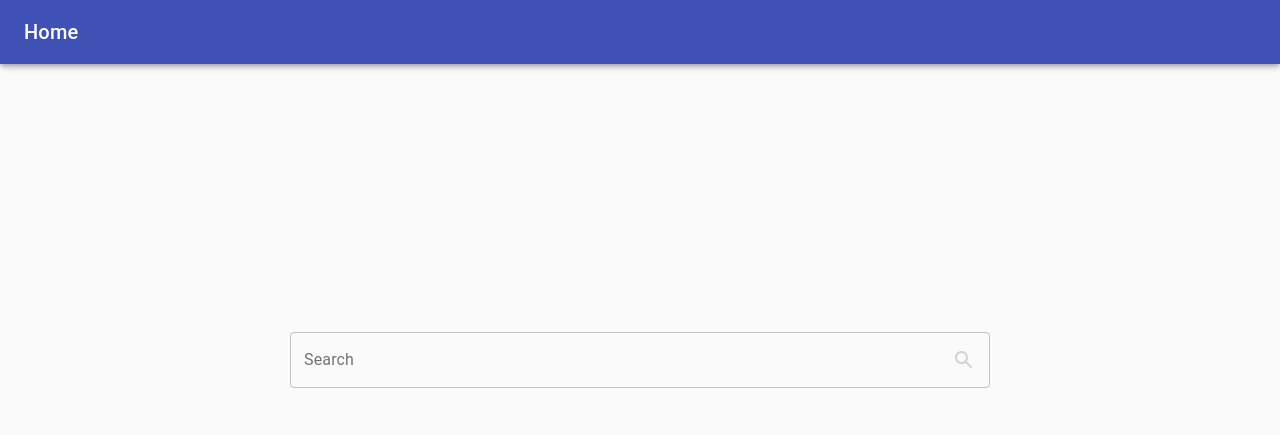
Repository: GabrielBrandaoProjetos/patient-manager
Page: /
An editor plug-in stored every save of this project. The page is shown before and after the next save, followed by the edit.
The browser window is 1280 px wide. The pictures show the whole page.
The project was rebuilt for these pictures with package versions that can differ from the ones it lists, and the page was loaded fresh each time.

Above is the page before, as saved 2021-09-14 12:28:44.

### public/index.html
<!DOCTYPE html>
<html lang="en">
  <head>
    <meta charset="utf-8" />
    <meta name="viewport" content="minimum-scale=1, width=device-width, initial-scale=1" />
    <meta name="theme-color" content="#000000" />

    <title>React App</title>
  </head>
  <body>
    <noscript>You need to enable JavaScript to run this app.</noscript>
    <div id="root"></div>
  </body>
</html>

### src/App.tsx
import React from 'react';
import { CssBaseline } from '@material-ui/core';
import { Home } from './pages/Home/Home';


function App() {
  return (
    <>
    <CssBaseline />
    <Home />
    </>
  );
}

export default App;

### src/pages/Home/Home.tsx
import React from 'react';
import { AppBar, FormControl, InputAdornment, InputLabel, OutlinedInput, Toolbar, Typography } from '@material-ui/core';
import {Search} from '@material-ui/icons'
import { createStyles, makeStyles, Theme } from '@material-ui/core/styles';

const useStyles = makeStyles((theme: Theme) =>
  createStyles({
    root: {
      width: '100vw',
      height: '100vh',
      display: 'flex',
      flexDirection: 'column',
      alignItems: 'center',
      justifyContent: 'center',
    },
    title: {
      flexGrow: 1,
    },
    form: {
      maxWidth: 700,
      width: "100%",
    },
    outlinedInput: {

    },
    search: {
      color: "#d2d2d2",
    }
  }),
);

export const Home = () => {
  const classes = useStyles();
  return(
    <div className={classes.root}>
      <AppBar>
        <Toolbar>
          <Typography variant="h6" className={classes.title}>
            Home
          </Typography>
        </Toolbar>
      </AppBar>

      <FormControl className={classes.form} variant="outlined">
        <InputLabel htmlFor="outlined-adornment-search">Search</InputLabel>
        <OutlinedInput
          classes={{root: classes.outlinedInput}}
          id="outlined-adornment-search"
          type="search"
          // value={values.password}
          // onChange={handleChange('password')}
          endAdornment={
            <InputAdornment position="end">
              <Search className={classes.search}/>
            </InputAdornment>
          }
          labelWidth={70}
        />
      </FormControl>
    </div>
  )
}

Loaded but not shown: src/index.tsx (common file); src/reportWebVitals.ts (common file)

After the next save:
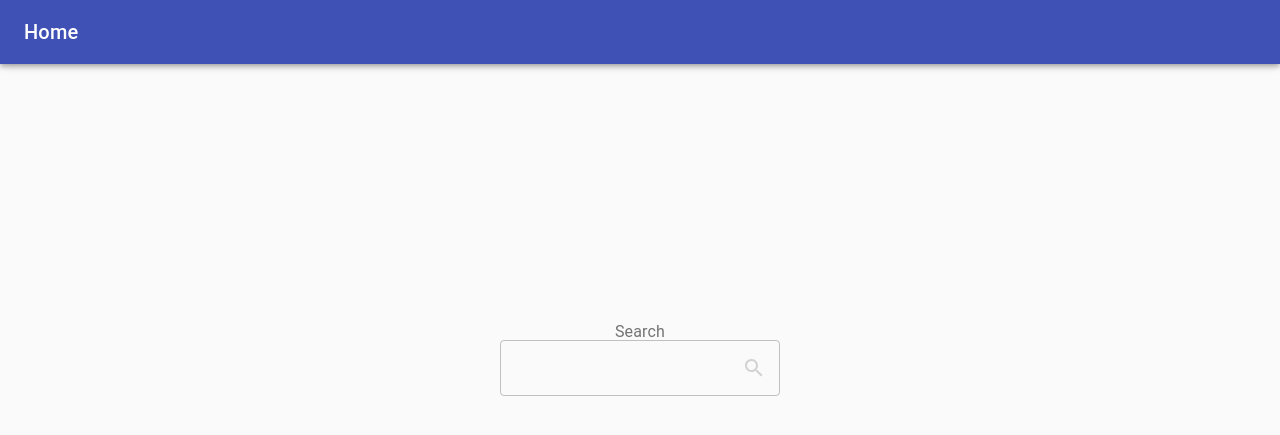
Saved 63 s later.
--- a/src/pages/Home/Home.tsx
+++ b/src/pages/Home/Home.tsx
@@ -41,7 +41,7 @@
         </Toolbar>
       </AppBar>
 
-      <FormControl className={classes.form} variant="outlined">
+      {/* <FormControl className={classes.form} variant="outlined"> */}
         <InputLabel htmlFor="outlined-adornment-search">Search</InputLabel>
         <OutlinedInput
           classes={{root: classes.outlinedInput}}
@@ -56,7 +56,7 @@
           }
           labelWidth={70}
         />
-      </FormControl>
+      {/* </FormControl> */}
     </div>
   )
 }

After the 3 saves that followed:
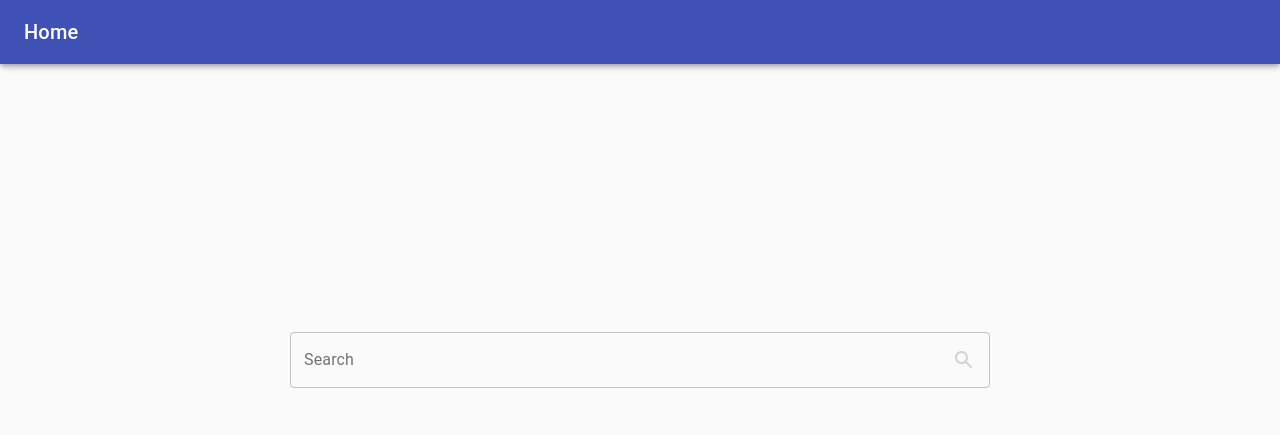
The 3 saves are shown as one change because 2 left the picture as it was.
The last was saved 2 min 16 s later.
--- a/src/pages/Home/Home.tsx
+++ b/src/pages/Home/Home.tsx
@@ -41,7 +41,7 @@
         </Toolbar>
       </AppBar>
 
-      {/* <FormControl className={classes.form} variant="outlined"> */}
+      <FormControl className={classes.form} variant="outlined">
         <InputLabel htmlFor="outlined-adornment-search">Search</InputLabel>
         <OutlinedInput
           classes={{root: classes.outlinedInput}}
@@ -56,7 +56,7 @@
           }
           labelWidth={70}
         />
-      {/* </FormControl> */}
+      </FormControl>
     </div>
   )
 }
